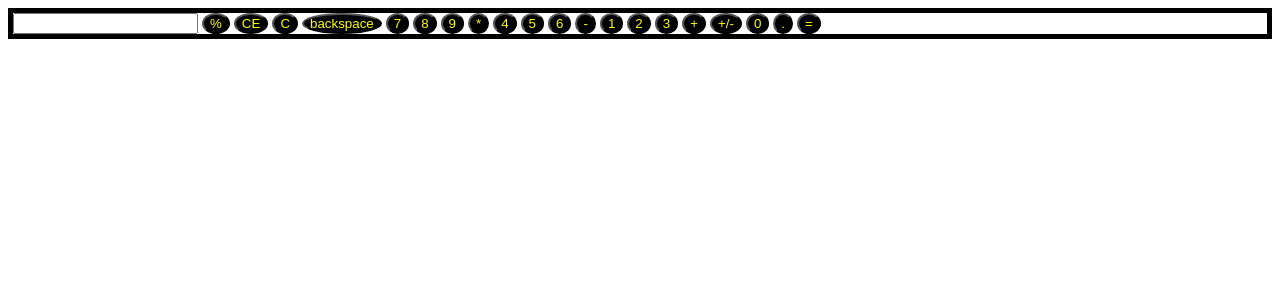
Repository: kirtivaishya/calculator
Page: index.html
An editor plug-in stored every save of this project. The page is shown before and after the next save, followed by the edit.
The browser window is 1280 px wide. The pictures show the whole page.
The style sheet was rebuilt from its Sass, Less or Tailwind sources for each picture, by a compiler version that may differ from the author's.

Above is the page before, as saved 2021-10-14 12:47:11.
Console error: ReferenceError: button is not defined

After the next save:
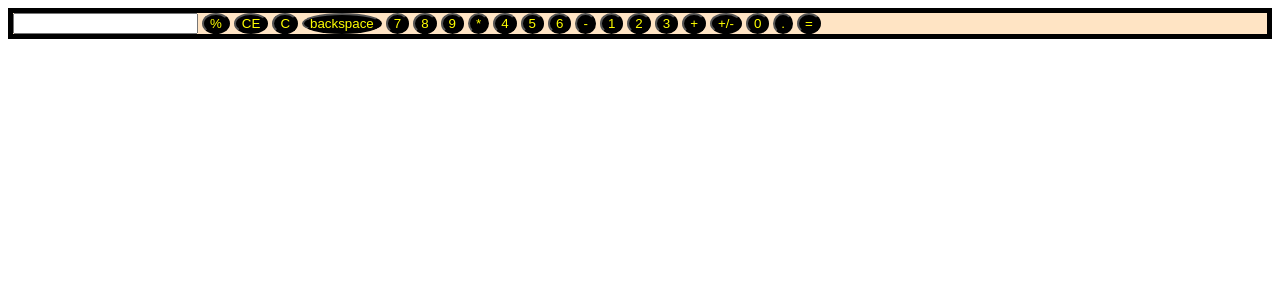
Saved 48 min 6 s later.
--- a/css/component.scss
+++ b/css/component.scss
@@ -13,4 +13,5 @@ button {
 
   form {
   border: 5px black solid;
+  background-color: bisque;
   }
